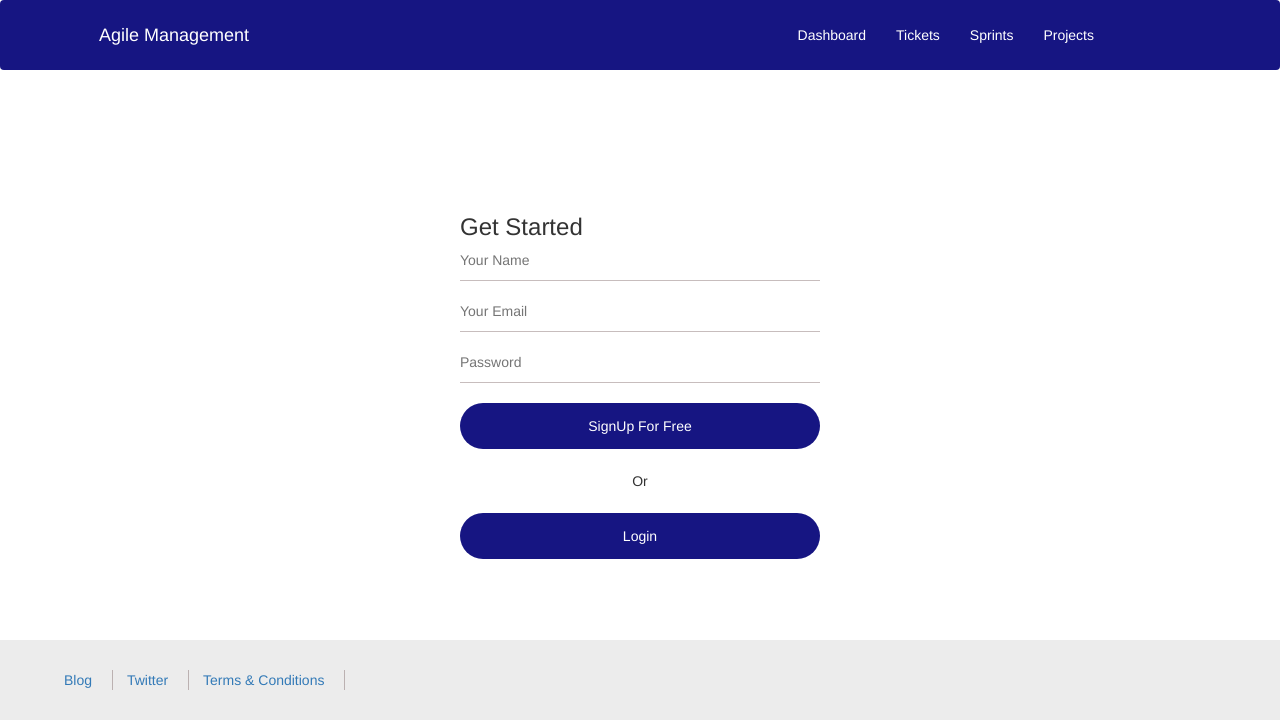
Repository: princexavier/agil
Page: http://localhost/Agile/
The author's editor kept a copy of each file at every save. The page is drawn from the files as they stood at one save, then again after the next save.
The browser window is 1280 px wide. The pictures show the whole page.
Some web libraries are served in a nearby version. The page is served by Tomcat 9.

Above is the page before, as saved 2018-01-19 04:58:31.

After the next save:
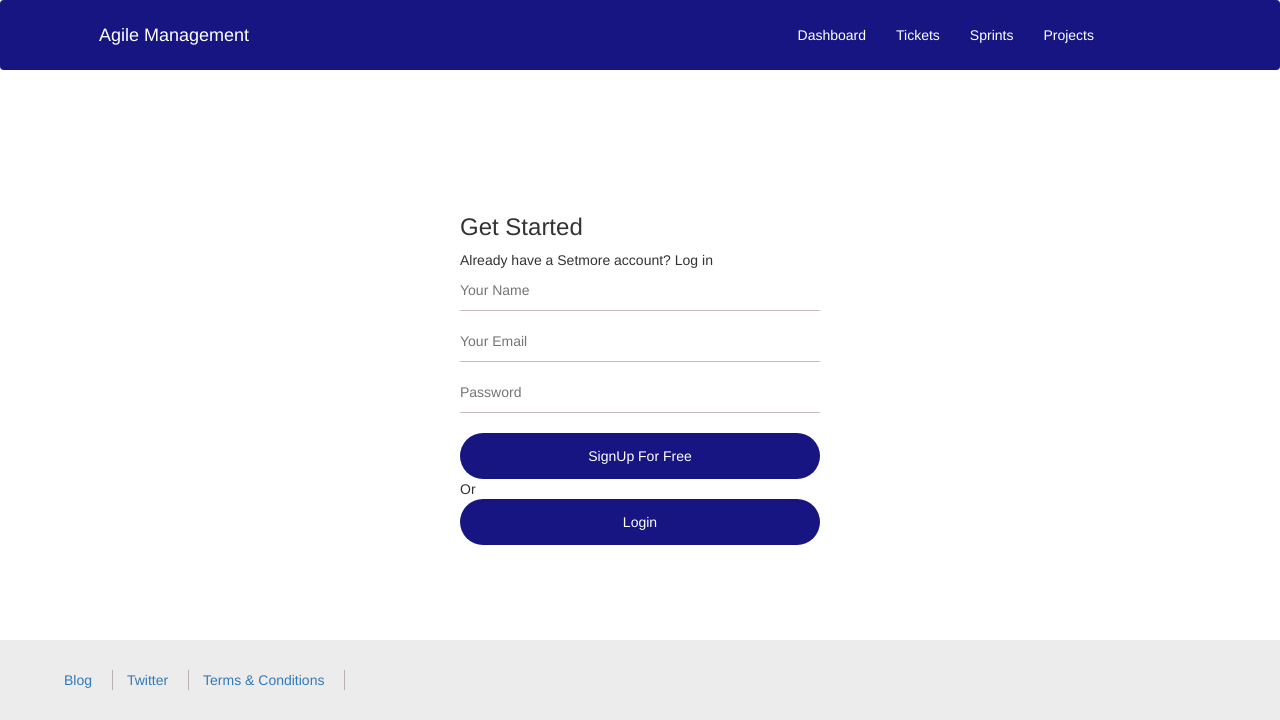
Saved 105 s later.
--- a/workspace/Agile/WebContent/index.jsp
+++ b/workspace/Agile/WebContent/index.jsp
@@ -38,6 +38,7 @@
     		<div class="col-md-4">
     			<form action=""class="reg-form">
     				<h3>Get Started</h3>
+    				<p>Already have a Setmore account? Log in<p>
     				<input type="text" placeholder="Your Name">
     				<input type="text" placeholder="Your Email">
     				<input type="text" placeholder="Password">
